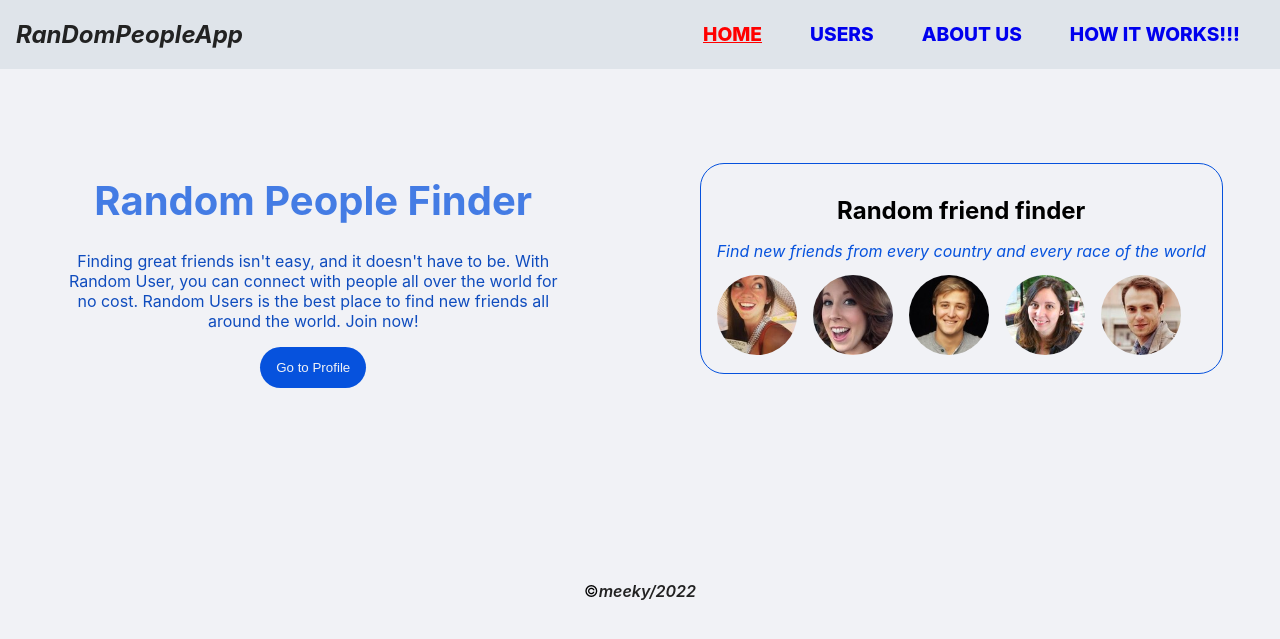
Repository: MikkyPrestige/RandomProfiles
Page: /
These files come from the project's save history. The page is drawn as it stood at one moment and after the next save; the edit follows.
The browser window is 1280 px wide. The pictures show the whole page.
The project was rebuilt for these pictures with package versions that can differ from the ones it lists, and the page was loaded fresh each time. Some packages were replaced by stand-ins written for this rebuild. Also part of the build but not shown: src/components/users.jsx, src/assets/styles/search.css, src/components/search.jsx, src/assets/styles/help.css, src/components/help.jsx, src/assets/styles/about.css, src/components/about.jsx, src/assets/styles/error.css and 6 more.

Above is the page before, as saved 2022-12-03 03:13:35.

After the next save:
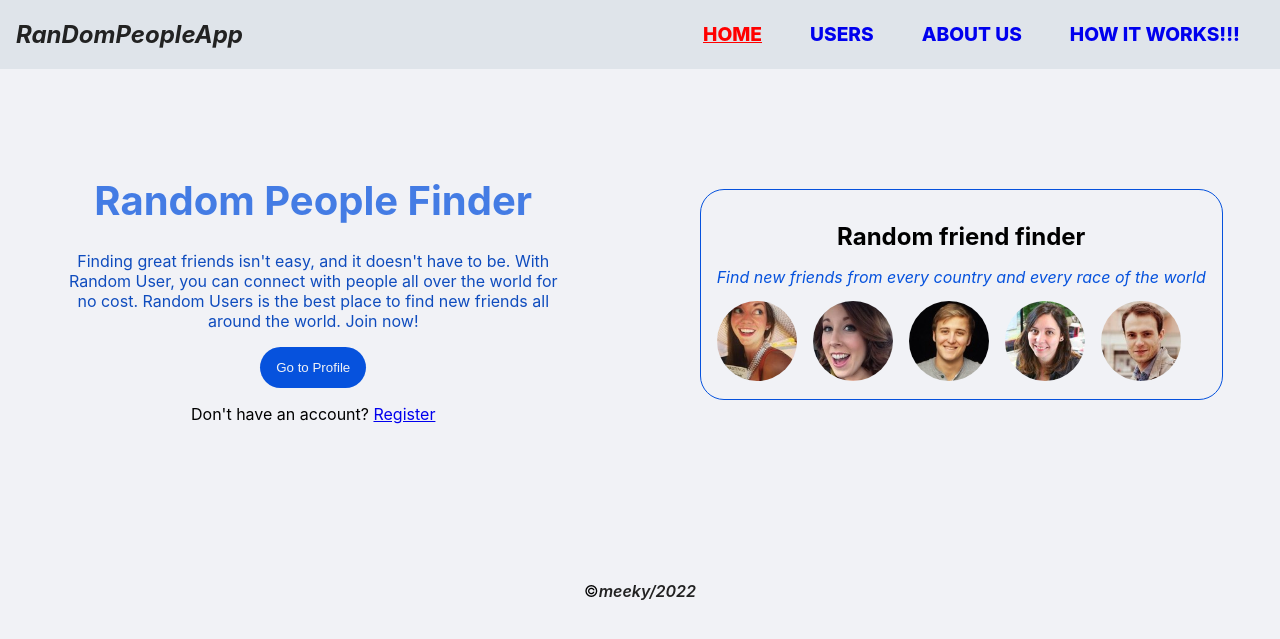
Saved 56 s later.
--- a/src/components/home.jsx
+++ b/src/components/home.jsx
@@ -1,6 +1,6 @@
 // HOME COMPONENT - This component is the Home section of the app that displays app Home page on load and when the 'HOME' button in the header is clicked
 
-import { useNavigate } from "react-router-dom";
+import { Link, useNavigate } from "react-router-dom";
 import "../assets/styles/home.css";
 import { Avatar } from "./avatar";
 import FirstFemale from "../assets/img/female-1.jpg";
@@ -29,6 +29,12 @@ const Home = () => {
           <button onClick={getStarted} className="desc__cta">
             Go to Profile
           </button>
+          <p className="register__text">
+                    Don't have an account?{" "}
+                    <Link to="/register" className="register__link">
+                      Register
+                    </Link>
+                  </p>
         </div>
         <div className="home__wrapper">
           <h2 className="home__heading">Random friend finder</h2>
